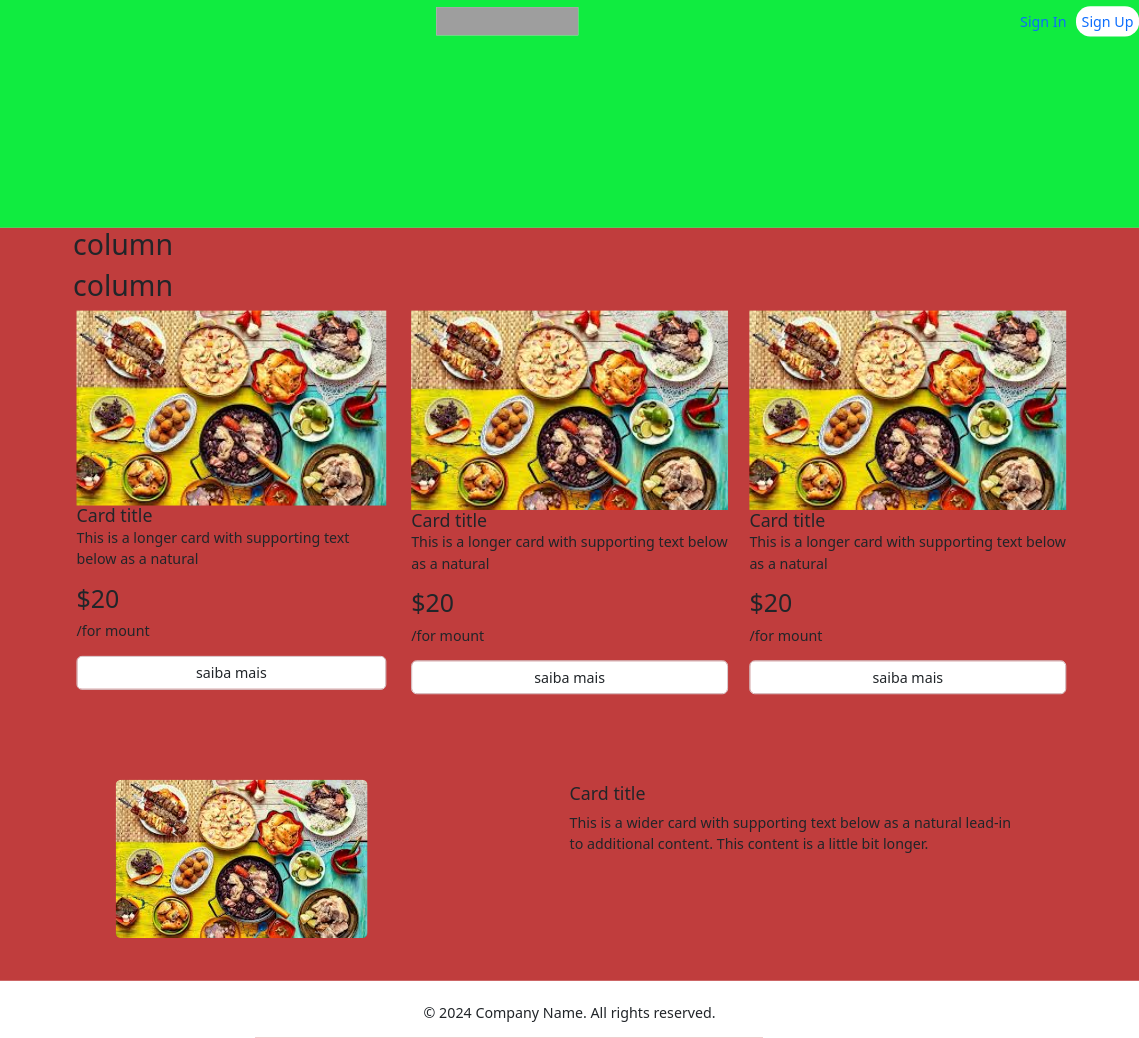
Repository: Joao-Rafael-mob/repoCurso
Page: index.html
An editor plug-in stored every save of this project. The page is shown before and after the next save, followed by the edit.
The browser window is 1280 px wide. The pictures show the whole page, at 89% of full size.
Pictures or frames that could not be fetched are drawn as grey boxes.

Above is the page before, as saved 2024-09-27 09:40:06.

### index.html
<!DOCTYPE html>
<html lang="en">
  <head>
    <meta charset="UTF-8" />
    <meta name="viewport" content="width=device-width, initial-scale=1.0" />
    <title>Document</title>
    <link rel="stylesheet" href="styles.css" />
    <link
      href="https://cdn.jsdelivr.net/npm/bootstrap@5.3.3/dist/css/bootstrap.min.css"
      rel="stylesheet"
      integrity="sha384-QWTKZyjpPEjISv5WaRU9OFeRpok6YctnYmDr5pNlyT2bRjXh0JMhjY6hW+ALEwIH"
      crossorigin="anonymous"
    />
  </head>

  <body>
    <div class="imagem-fundo">
      <nav class="navbar">
        <img src="logo.png" alt="Logo" />
        <div class="nav-links">
          <a href="#" class="nav-link1">Sign In</a>
          <a href="#" class="nav-link2">Sign Up</a>
        </div>
      </nav>
    </div>
    <main>
      <div class="container">
        <div class="row row-cols-1">
          <div class="col h2">column</div>
          <div class="col h2">column</div>
        </div>
        <div class="row row-cols-1 row-cols-md-3 g-4">
          <div class="col px-3">
            <div>
              <img src="banner.jpeg" class="card-img-top" alt="" />
              <div class="card-body">
                <h5 class="card-title">Card title</h5>
                <p class="" style="max-height: 4rem; overflow: hidden">
                  This is a longer card with supporting text below as a natural
                </p>

                <h3>$20</h3>
                <p>/for mount</p>

                <button class="form-control">saiba mais</button>
              </div>
            </div>
          </div>
          <div class="col">
            <div>
              <img src="banner.jpeg" class="card-img-top" alt="" />
              <div class="card-body">
                <h5 class="card-title">Card title</h5>
                <p class="" style="max-height: 4rem; overflow: hidden">
                  This is a longer card with supporting text below as a natural
                </p>
                <div>
                  <h3>$20</h3>
                  <p>/for mount</p>

                  <button class="form-control">saiba mais</button>
                </div>
              </div>
            </div>
          </div>
          <div class="col">
            <div>
              <img src="banner.jpeg" class="card-img-top" alt="" />
              <div class="card-body">
                <h5 class="card-title">Card title</h5>
                <p class="" style="max-height: 4rem; overflow: hidden">
                  This is a longer card with supporting text below as a natural
                </p>
                <div>
                  <h3>$20</h3>
                  <p>/for mount</p>

                  <button class="form-control">saiba mais</button>
                </div>
              </div>
            </div>
          </div>
        </div>
      </div>

      <div class="container mt-5">
        <div class="py-5">
          <div class="row g-0">
            <div class="col ms-5">
              <img src="banner.jpeg" class="rounded float-start" alt="" />
            </div>
            <div class="col pe-5">
              <div class="mt-1">
                <h5>Card title</h5>
                <p>
                  This is a wider card with supporting text below as a natural
                  lead-in to additional content. This content is a little bit
                  longer.
                </p>
              </div>
            </div>
          </div>
        </div>
      </div>
    </main>

    <footer class="text-center mt-4">
      <p>&copy; 2024 Company Name. All rights reserved.</p>
    </footer>

    <script
      src="https://cdn.jsdelivr.net/npm/bootstrap@5.3.3/dist/js/bootstrap.bundle.min.js"
      integrity="sha384-YvpcrYf0tY3lHB60NNkmXc5s9fDVZLESaAA55NDzOxhy9GkcIdslK1eN7N6jIeHz"
      crossorigin="anonymous"
    ></script>
  </body>
</html>

### styles.css
.imagem-fundo {
    background-color: rgb(16, 236, 64);
    background-position: center;
    color: white;
    width: 100%;
    min-height: 16rem;
}

.imagem-fundo .navbar img {
    background-color: rgb(255, 255, 255);
    margin: auto;
    width: 10rem;
    height: 2rem;
}

.imagem-fundo .navbar a {
    text-decoration: none;
    font-size: medium;
    padding: 0.4rem;
}

.imagem-fundo .navbar .nav-link2 {
    background-color: rgb(255, 255, 255);
    border-radius: 1rem;
}

.imagem-fundo .address {
    width: 50%;
    padding-top: 3rem;
    margin: auto;
}

.imagem-fundo .address a {
    width: 50%;
    margin: auto;
    text-decoration: none;
}

main  {
    background-color: rgb(192, 61, 61);

}

After the next save:
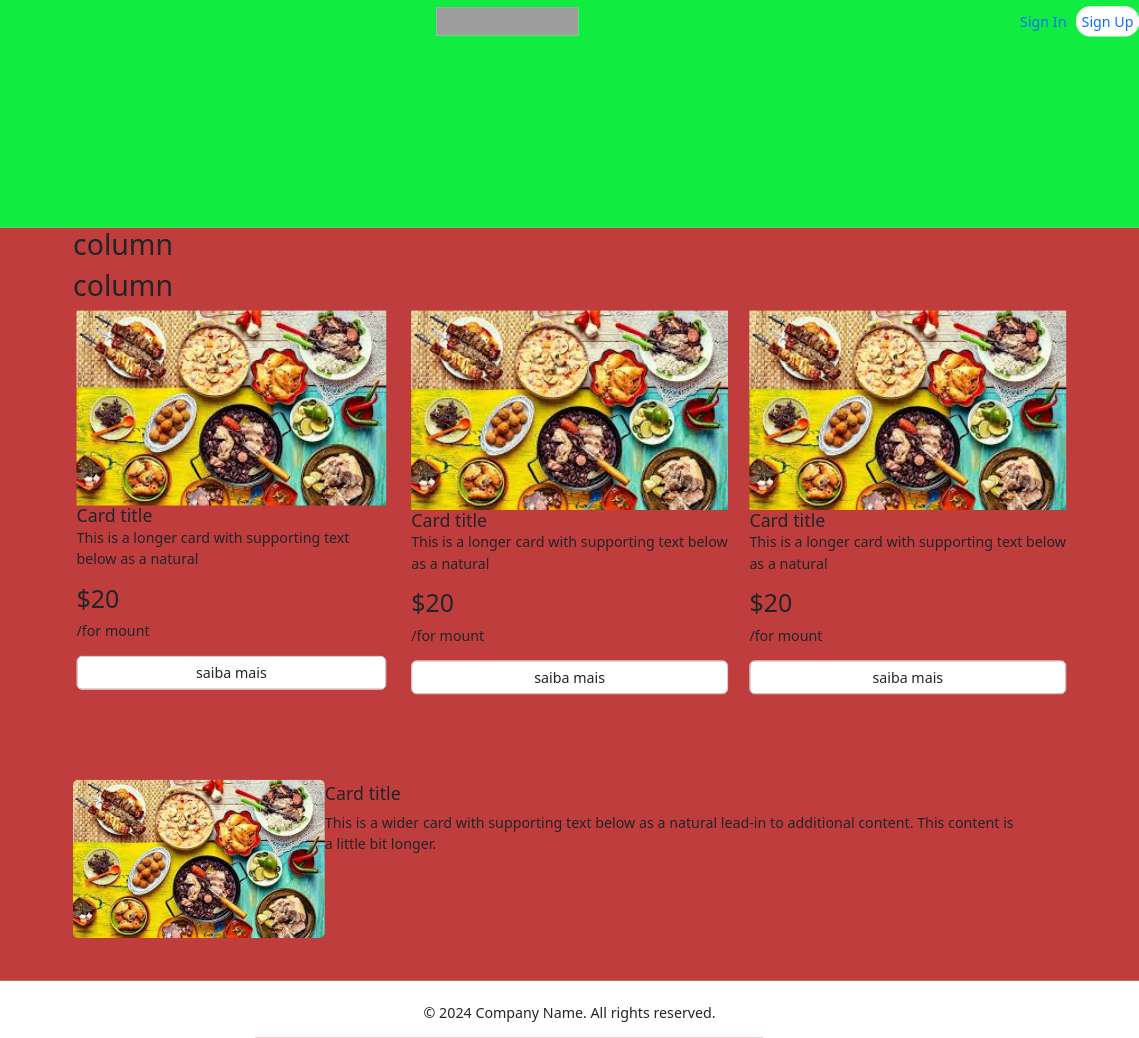
Saved 26 s later.
--- a/index.html
+++ b/index.html
@@ -86,7 +86,7 @@
       <div class="container mt-5">
         <div class="py-5">
           <div class="row g-0">
-            <div class="col ms-5">
+            <div class="col-auto">
               <img src="banner.jpeg" class="rounded float-start" alt="" />
             </div>
             <div class="col pe-5">
